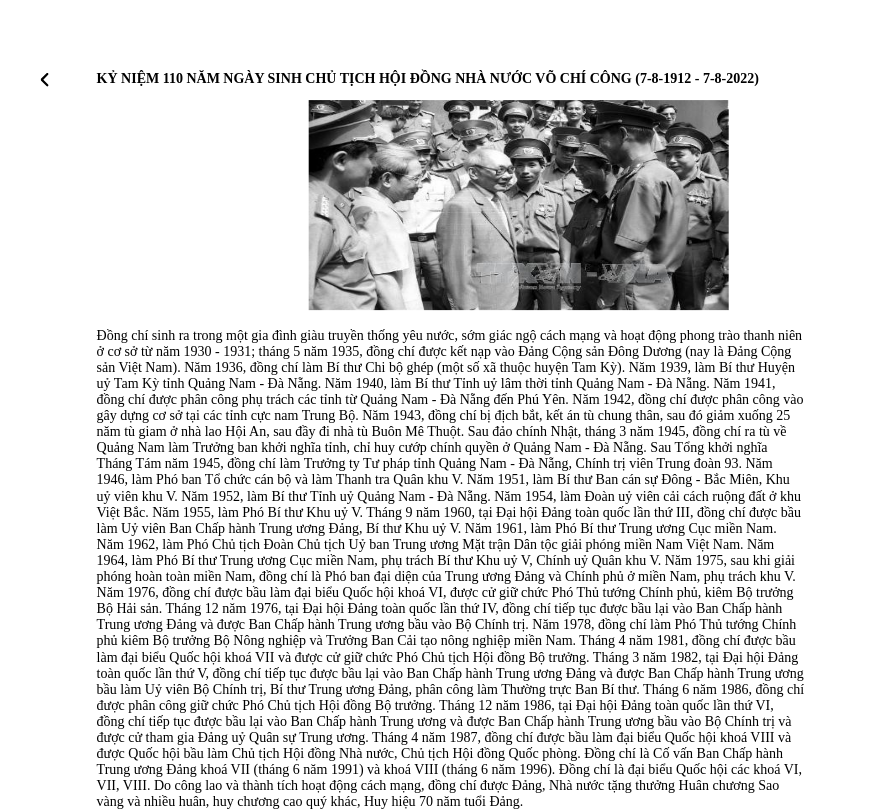
Repository: dphasst17/THPTVCC
Page: new/new_content/new_content3.html
The author's editor kept a copy of each file at every save. The page is drawn from the files as they stood at one save, then again after the next save.
The browser window is 1280 px wide. The pictures show the whole page, at 70% of full size.

Above is the page before, as saved 2022-10-14 10:10:10.

After the next save:
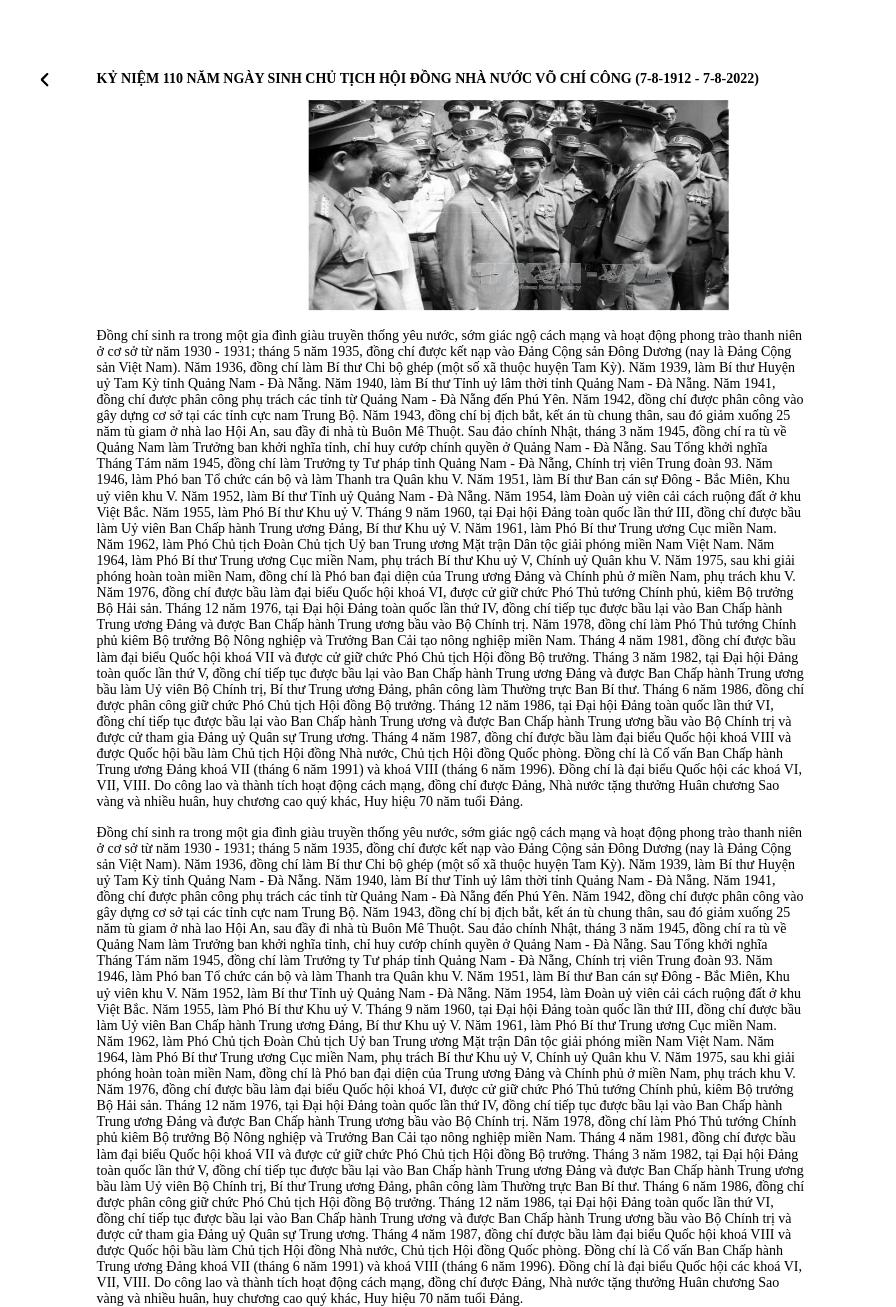
Saved 35 s later.
--- a/new/new_content/new_content3.html
+++ b/new/new_content/new_content3.html
@@ -80,6 +80,40 @@
 
             Do công lao và thành tích hoạt động cách mạng, đồng chí được Đảng, Nhà nước tặng thưởng Huân chương Sao vàng và nhiều huân, huy chương cao quý khác, Huy hiệu 70 năm tuổi Đảng.
         </p>
+
+        <p>
+            Đồng chí sinh ra trong một gia đình giàu truyền thống yêu nước, sớm giác ngộ cách mạng và hoạt động phong trào thanh niên ở cơ sở từ năm 1930 - 1931; tháng 5 năm 1935, đồng chí được kết nạp vào Đảng Cộng sản Đông Dương (nay là Đảng Cộng sản Việt Nam).
+
+            Năm 1936, đồng chí làm Bí thư Chi bộ ghép (một số xã thuộc huyện Tam Kỳ). Năm 1939, làm Bí thư Huyện uỷ Tam Kỳ tỉnh Quảng Nam - Đà Nẵng. Năm 1940, làm Bí thư Tỉnh uỷ lâm thời tỉnh Quảng Nam - Đà Nẵng. Năm 1941, đồng chí được phân công phụ trách các tỉnh từ Quảng Nam - Đà Nẵng đến Phú Yên. Năm 1942, đồng chí được phân công vào gây dựng cơ sở tại các tỉnh cực nam Trung Bộ.
+
+            Năm 1943, đồng chí bị địch bắt, kết án tù chung thân, sau đó giảm xuống 25 năm tù giam ở nhà lao Hội An, sau đầy đi nhà tù Buôn Mê Thuột.
+
+            Sau đảo chính Nhật, tháng 3 năm 1945, đồng chí ra tù về Quảng Nam làm Trưởng ban khởi nghĩa tỉnh, chỉ huy cướp chính quyền ở Quảng Nam - Đà Nẵng.
+
+            Sau Tổng khởi nghĩa Tháng Tám năm 1945, đồng chí làm Trưởng ty Tư pháp tỉnh Quảng Nam - Đà Nẵng, Chính trị viên Trung đoàn 93.
+
+            Năm 1946, làm Phó ban Tổ chức cán bộ và làm Thanh tra Quân khu V. Năm 1951, làm Bí thư Ban cán sự Đông - Bắc Miên, Khu uỷ viên khu V. Năm 1952, làm Bí thư Tỉnh uỷ Quảng Nam - Đà Nẵng. Năm 1954, làm Đoàn uỷ viên cải cách ruộng đất ở khu Việt Bắc. Năm 1955, làm Phó Bí thư Khu uỷ V.
+
+            Tháng 9 năm 1960, tại Đại hội Đảng toàn quốc lần thứ III, đồng chí được bầu làm Uỷ viên Ban Chấp hành Trung ương Đảng, Bí thư Khu uỷ V.
+
+            Năm 1961, làm Phó Bí thư Trung ương Cục miền Nam. Năm 1962, làm Phó Chủ tịch Đoàn Chủ tịch Uỷ ban Trung ương Mặt trận Dân tộc giải phóng miền Nam Việt Nam. Năm 1964, làm Phó Bí thư Trung ương Cục miền Nam, phụ trách Bí thư Khu uỷ V, Chính uỷ Quân khu V.
+
+            Năm 1975, sau khi giải phóng hoàn toàn miền Nam, đồng chí là Phó ban đại diện của Trung ương Đảng và Chính phủ ở miền Nam, phụ trách khu V. Năm 1976, đồng chí được bầu làm đại biểu Quốc hội khoá VI, được cử giữ chức Phó Thủ tướng Chính phủ, kiêm Bộ trưởng Bộ Hải sản.
+
+            Tháng 12 năm 1976, tại Đại hội Đảng toàn quốc lần thứ IV, đồng chí tiếp tục được bầu lại vào Ban Chấp hành Trung ương Đảng và được Ban Chấp hành Trung ương bầu vào Bộ Chính trị. Năm 1978, đồng chí làm Phó Thủ tướng Chính phủ kiêm Bộ trưởng Bộ Nông nghiệp và Trưởng Ban Cải tạo nông nghiệp miền Nam.
+
+            Tháng 4 năm 1981, đồng chí được bầu làm đại biểu Quốc hội khoá VII và được cử giữ chức Phó Chủ tịch Hội đồng Bộ trưởng.
+
+            Tháng 3 năm 1982, tại Đại hội Đảng toàn quốc lần thứ V, đồng chí tiếp tục được bầu lại vào Ban Chấp hành Trung ương Đảng và được Ban Chấp hành Trung ương bầu làm Uỷ viên Bộ Chính trị, Bí thư Trung ương Đảng, phân công làm Thường trực Ban Bí thư. Tháng 6 năm 1986, đồng chí được phân công giữ chức Phó Chủ tịch Hội đồng Bộ trưởng.
+
+            Tháng 12 năm 1986, tại Đại hội Đảng toàn quốc lần thứ VI, đồng chí tiếp tục được bầu lại vào Ban Chấp hành Trung ương và được Ban Chấp hành Trung ương bầu vào Bộ Chính trị và được cử tham gia Đảng uỷ Quân sự Trung ương.
+
+            Tháng 4 năm 1987, đồng chí được bầu làm đại biểu Quốc hội khoá VIII và được Quốc hội bầu làm Chủ tịch Hội đồng Nhà nước, Chủ tịch Hội đồng Quốc phòng.
+
+            Đồng chí là Cố vấn Ban Chấp hành Trung ương Đảng khoá VII (tháng 6 năm 1991) và khoá VIII (tháng 6 năm 1996). Đồng chí là đại biểu Quốc hội các khoá VI, VII, VIII.
+
+            Do công lao và thành tích hoạt động cách mạng, đồng chí được Đảng, Nhà nước tặng thưởng Huân chương Sao vàng và nhiều huân, huy chương cao quý khác, Huy hiệu 70 năm tuổi Đảng.
+        </p>
     </div>
 </body>
 </html>
